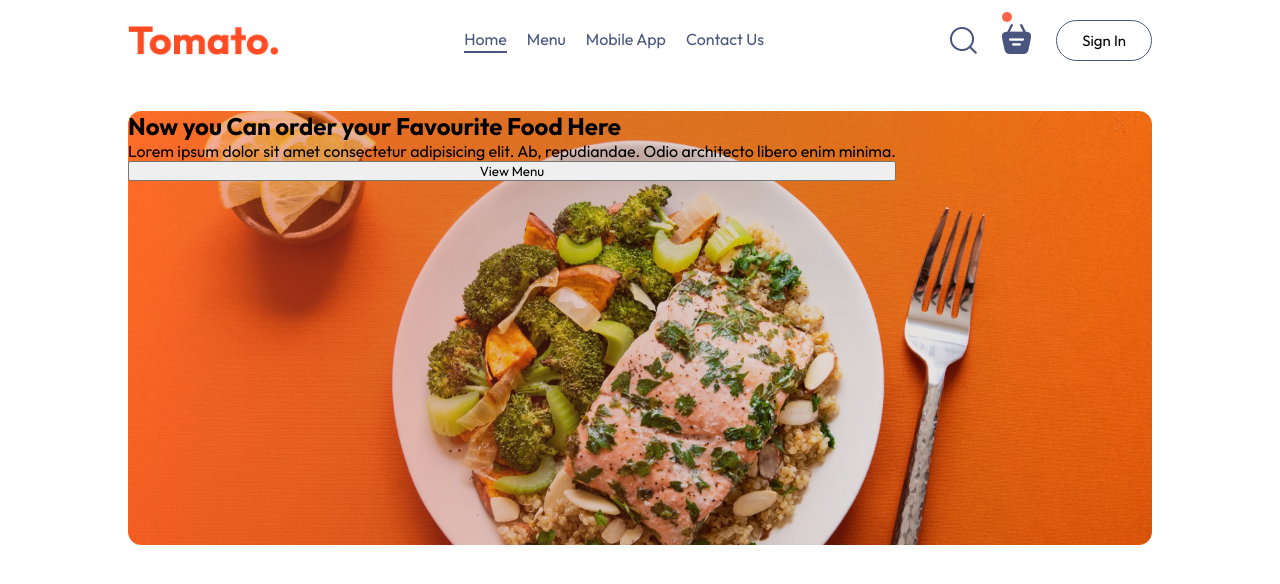
Repository: Attar786/Food-ordering-app
Page: / (app in frontend/)
An editor plug-in stored every save of this project. The page is shown before and after the next save, followed by the edit.
The browser window is 1280 px wide. The pictures show the whole page.
The project was rebuilt for these pictures with package versions that can differ from the ones it lists, and the page was loaded fresh each time. Also part of the build but not shown: frontend/vite.config.js, frontend/src/pages/Cart/Cart.css, frontend/src/pages/Cart/Cart.jsx, frontend/src/pages/PlaceOrder/PlaceOrder.css, frontend/src/pages/PlaceOrder/PlaceOrder.jsx.

Above is the page before, as saved 2024-07-24 20:11:02.

### frontend/src/main.jsx
import ReactDOM from 'react-dom/client'
import App from './App.jsx'
import './index.css'
import {BrowserRouter} from 'react-router-dom'
ReactDOM.createRoot(document.getElementById('root')).render(
<BrowserRouter>
    <App />
    </BrowserRouter>
)

### frontend/src/App.jsx
import './index.css'
import Navbar from "./components/Navbar/Navbar"
import Home from './pages/Home/Home'
import Cart from './pages/Cart/Cart'
import PlaceOrder from './pages/PlaceOrder/PlaceOrder'
import { Route, Routes } from 'react-router-dom'


function App() {

  return (
    <>

  <div className='app'>
  <Navbar/>
<Routes>
<Route path='/' element={<Home/>}/>
<Route path='/cart' element={<Cart/>}/>
<Route path='/order' element={<PlaceOrder/>}/>

</Routes>
  </div>
    </>
  )
}

export default App

### frontend/src/index.css
@import url('https://fonts.googleapis.com/css2?family=Outfit:wght@100..900&display=swap');


*{
margin: 0;
padding: 0;
 box-sizing: border-box;
 font-family: outfit;
}
body{
height: 100vh;
}
a{
text-decoration: none;
color : inherit;
}
.app{
    width: 80%;
    margin: auto;
}

### frontend/src/components/Navbar/Navbar.jsx
import { useState } from 'react';
import './Navbar.css';
import { assets } from '../../assets/assets';

const Navbar = () => {
  const [menu, setMenu] = useState("home");

  const handleMenuClick = (menuItem) => {
    setMenu(menuItem);
  };

  return (
    <div className="Navbar">
      <img src={assets.logo} alt="Logo" className="logo" />
      <ul className="navbar-menu">
        <li onClick={() => handleMenuClick("home")} className={menu === "home" ? "active" : ""}>Home</li>
        <li onClick={() => handleMenuClick("menu")} className={menu === "menu" ? "active" : ""}>Menu</li>
        <li onClick={() => handleMenuClick("mobile-app")} className={menu === "mobile-app" ? "active" : ""}>Mobile App</li>
        <li onClick={() => handleMenuClick("contact-us")} className={menu === "contact-us" ? "active" : ""}>Contact Us</li>
      </ul>
      <div className="navbar-right">
        <img src={assets.search_icon} alt="search-icon" />
        <div>
          <img src={assets.basket_icon} alt="icons" />
          <div className="dot"></div>
        </div>
        <button>Sign In</button>
      </div>
    </div>
  );
}

export default Navbar;

### frontend/src/pages/Home/Home.jsx
import Header from '../../components/Header/Header'
import './Home.css'

const Home = () => {
  return (
<Header/>
)
}

export default Home

### frontend/src/components/Navbar/Navbar.css
.Navbar{
    padding: 20px 0;
    display: flex;
    justify-content: space-between;
    align-items: center;
}
.Navbar .logo{
    width: 150px;
}
.navbar-menu{
    display: flex;
    list-style: none;
    gap: 20px;
    font: 18px;
    color: #49557e;
    cursor: pointer;
}
.navbar-right{
    display: flex;
    align-items: center;
    gap: 25px;

}
.Navbar button{
    font-size: 15px;
    border: 1px solid #49557e;
    background: transparent;
    padding: 10px 25px;
    cursor: pointer;
    border-radius: 40px;
    transition: 0.3s;
}
.Navbar button:hover{
    background-color: #fff4f2;
}
.Navbar .navbar-menu .active{
    padding-bottom: 2px;
    border-bottom: 2px solid #49557e;

}
.search-icon{
    position: relative;
}
/* .search-icon .dot{ */
    /* position: absolute;
    top: -5px;
    right: -5px;
    width: 10px;
    height: 10px;
    background-color: blue;
    border-radius: 50%;
} */
.dot {
    position: absolute;
    top: 12px; /* Adjust as needed */
    right: 268px; /* Adjust as needed */
    width: 10px;
    height: 10px;

    background-color: tomato;
    border-radius: 50%;
  }

### frontend/src/assets/assets.js
import basket_icon from './basket_icon.png'
import logo from './logo.png'
import header_img from './header_img.png'
import search_icon from './search_icon.png'
import menu_1 from './menu_1.png'
import menu_2 from './menu_2.png'
import menu_3 from './menu_3.png'
import menu_4 from './menu_4.png'
import menu_5 from './menu_5.png'
import menu_6 from './menu_6.png'
import menu_7 from './menu_7.png'
import menu_8 from './menu_8.png'

import food_1 from './food_1.png'
import food_2 from './food_2.png'
import food_3 from './food_3.png'
import food_4 from './food_4.png'
import food_5 from './food_5.png'
import food_6 from './food_6.png'
import food_7 from './food_7.png'
import food_8 from './food_8.png'
import food_9 from './food_9.png'
import food_10 from './food_10.png'
import food_11 from './food_11.png'
import food_12 from './food_12.png'
import food_13 from './food_13.png'
import food_14 from './food_14.png'
import food_15 from './food_15.png'
import food_16 from './food_16.png'
import food_17 from './food_17.png'
import food_18 from './food_18.png'
import food_19 from './food_19.png'
import food_20 from './food_20.png'
import food_21 from './food_21.png'
import food_22 from './food_22.png'
import food_23 from './food_23.png'
import food_24 from './food_24.png'
import food_25 from './food_25.png'
import food_26 from './food_26.png'
import food_27 from './food_27.png'
import food_28 from './food_28.png'
import food_29 from './food_29.png'
import food_30 from './food_30.png'
import food_31 from './food_31.png'
import food_32 from './food_32.png'

import add_icon_white from './add_icon_white.png'
import add_icon_green from './add_icon_green.png'
import remove_icon_red from './remove_icon_red.png'
import app_store from './app_store.png'
import play_store from './play_store.png'
import linkedin_icon from './linkedin_icon.png'
import facebook_icon from './facebook_icon.png'
import twitter_icon from './twitter_icon.png'
import cross_icon from './cross_icon.png'
import selector_icon from './selector_icon.png'
import rating_starts from './rating_starts.png'
import profile_icon from './profile_icon.png'
import bag_icon from './bag_icon.png'
import logout_icon from './logout_icon.png'
import parcel_icon from './parcel_icon.png'

export const assets = {
    logo,
    basket_icon,
    header_img,
    search_icon,
    rating_starts,
    add_icon_green,
    add_icon_white,
    remove_icon_red,
    app_store,
    play_store,
    linkedin_icon,
    facebook_icon,
    twitter_icon,
    cross_icon,
    selector_icon,
    profile_icon,
    logout_icon,
    bag_icon,
    parcel_icon
}

export const menu_list = [
    {
        menu_name: "Salad",
        menu_image: menu_1
    },
    {
        menu_name: "Rolls",
        menu_image: menu_2
    },
    {
        menu_name: "Deserts",
        menu_image: menu_3
    },
    {
        menu_name: "Sandwich",
        menu_image: menu_4
    },
    {
        menu_name: "Cake",
        menu_image: menu_5
    },
    {
        menu_name: "Pure Veg",
        menu_image: menu_6
    },
    {
        menu_name: "Pasta",
        menu_image: menu_7
    },
    {
        menu_name: "Noodles",
        menu_image: menu_8
    }]

export const food_list = [
    {
        _id: "1",
        name: "Greek salad",
        image: food_1,
        price: 12,
        description: "Food provides essential nutrients for overall health and well-being",
        category: "Salad"
    },
    {
        _id: "2",
        name: "Veg salad",
        image: food_2,
        price: 18,
        description: "Food provides essential nutrients for overall health and well-being",
        category: "Salad"
    }, {
        _id: "3",
        name: "Clover Salad",
        image: food_3,
        price: 16,
        description: "Food provides essential nutrients for overall health and well-being",
        category: "Salad"
    }, {
        _id: "4",
        name: "Chicken Salad",
        image: food_4,
        price: 24,
        description: "Food provides essential nutrients for overall health and well-being",
        category: "Salad"
    }, {
        _id: "5",
        name: "Lasagna Rolls",
        image: food_5,
        price: 14,
        description: "Food provides essential nutrients for overall health and well-being",
        category: "Rolls"
    }, {
        _id: "6",
        name: "Peri Peri Rolls",
        image: food_6,
        price: 12,
        description: "Food provides essential nutrients for overall health and well-being",
        category: "Rolls"
    }, {
        _id: "7",
        name: "Chicken Rolls",
        image: food_7,
        price: 20,
        description: "Food provides essential nutrients for overall health and well-being",
        category: "Rolls"
    }, {
        _id: "8",
        name: "Veg Rolls",
        image: food_8,
        price: 15,
        description: "Food provides essential nutrients for overall health and well-being",
        category: "Rolls"
    }, {
        _id: "9",
        name: "Ripple Ice Cream",
        image: food_9,
        price: 14,
        description: "Food provides essential nutrients for overall health and well-being",
        category: "Deserts"
    }, {
        _id: "10",
        name: "Fruit Ice Cream",
        image: food_10,
        price: 22,
        description: "Food provides essential nutrients for overall health and well-being",
        category: "Deserts"
    }, {
        _id: "11",
        name: "Jar Ice Cream",
        image: food_11,
        price: 10,
        description: "Food provides essential nutrients for overall health and well-being",
        category: "Deserts"
    }, {
        _id: "12",
        name: "Vanilla Ice Cream",
        image: food_12,
        price: 12,
        description: "Food provides essential nutrients for overall health and well-being",
        category: "Deserts"
    },
    {
        _id: "13",
        name: "Chicken Sandwich",
        image: food_13,
        price: 12,
        description: "Food provides essential nutrients for overall health and well-being",
        category: "Sandwich"
    },
    {
        _id: "14",
        name: "Vegan Sandwich",
        image: food_14,
        price: 18,
        description: "Food provides essential nutrients for overall health and well-being",
        category: "Sandwich"
    }, {
        _id: "15",
        name: "Grilled Sandwich",
        image: food_15,
        price: 16,
        description: "Food provides essential nutrients for overall health and well-being",
        category: "Sandwich"
    }, {
        _id: "16",
        name: "Bread Sandwich",
        image: food_16,
        price: 24,
        description: "Food provides essential nutrients for overall health and well-being",
        category: "Sandwich"
    }, {
        _id: "17",
        name: "Cup Cake",
        image: food_17,
        price: 14,
        description: "Food provides essential nutrients for overall health and well-being",
        category: "Cake"
    }, {
        _id: "18",
        name: "Vegan Cake",
        image: food_18,
        price: 12,
        description: "Food provides essential nutrients for overall health and well-being",
        category: "Cake"
    }, {
        _id: "19",
        name: "Butterscotch Cake",
        image: food_19,
        price: 20,
        description: "Food provides essential nutrients for overall health and well-being",
        category: "Cake"
    }, {
        _id: "20",
        name: "Sliced Cake",
        image: food_20,
        price: 15,
        description: "Food provides essential nutrients for overall health and well-being",
        category: "Cake"
    }, {
        _id: "21",
        name: "Garlic Mushroom ",
        image: food_21,
        price: 14,
        description: "Food provides essential nutrients for overall health and well-being",
        category: "Pure Veg"
    }, {
        _id: "22",
        name: "Fried Cauliflower",
        image: food_22,
        price: 22,
        description: "Food provides essential nutrients for overall health and well-being",
        category: "Pure Veg"
    }, {
        _id: "23",
        name: "Mix Veg Pulao",
        image: food_23,
        price: 10,
        description: "Food provides essential nutrients for overall health and well-being",
        category: "Pure Veg"
    }, {
        _id: "24",
        name: "Rice Zucchini",
        image: food_24,
        price: 12,
        description: "Food provides essential nutrients for overall health and well-being",
        category: "Pure Veg"
    },
    {
        _id: "25",
        name: "Cheese Pasta",
        image: food_25,
        price: 12,
        description: "Food provides essential nutrients for overall health and well-being",
        category: "Pasta"
    },
    {
        _id: "26",
        name: "Tomato Pasta",
        image: food_26,
        price: 18,
        description: "Food provides essential nutrients for overall health and well-being",
        category: "Pasta"
    }, {
        _id: "27",
        name: "Creamy Pasta",
        image: food_27,
        price: 16,
        description: "Food provides essential nutrients for overall health and well-being",
        category: "Pasta"
    }, {
        _id: "28",
        name: "Chicken Pasta",
        image: food_28,
        price: 24,
        description: "Food provides essential nutrients for overall health and well-being",
        category: "Pasta"
    }, {
        _id: "29",
        name: "Buttter Noodles",
        image: food_29,
        price: 14,
        description: "Food provides essential nutrients for overall health and well-being",
        category: "Noodles"
    }, {
        _id: "30",
        name: "Veg Noodles",
        image: food_30,
        price: 12,
        description: "Food provides essential nutrients for overall health and well-being",
        category: "Noodles"
    }, {
        _id: "31",
        name: "Somen Noodles",
        image: food_31,
        price: 20,
        description: "Food provides essential nutrients for overall health and well-being",
        category: "Noodles"
    }, {
        _id: "32",
        name: "Cooked Noodles",
        image: food_32,
        price: 15,
        description: "Food provides essential nutrients for overall health and well-being",
        category: "Noodles"
    }
]

### frontend/src/components/Header/Header.jsx
import "./Header.css";
const Header = () => {
  return (
    <div className="header">
      <div className="header-contents">
        <h2>Now you Can order your Favourite Food Here</h2>
        <p>
          Lorem ipsum dolor sit amet consectetur adipisicing elit. Ab,
          repudiandae. Odio architecto libero enim minima.
        </p>
        <button>View Menu</button>
      </div>
    </div>
  );
};

export default Header;

### frontend/src/components/Header/Header.css
.header{
    height: 35vw;
    margin: 30px auto;
    background: url('/header_img.png') no-repeat;
    background-size: contain;
    position: relative;
}
.header-contents{
position: absolute;
display: flex;
flex-direction: column;
}

Loaded but not shown: frontend/index.html (common file); frontend/src/pages/Home/Home.css (no stored copy; drawn as an empty file)

After the next save:
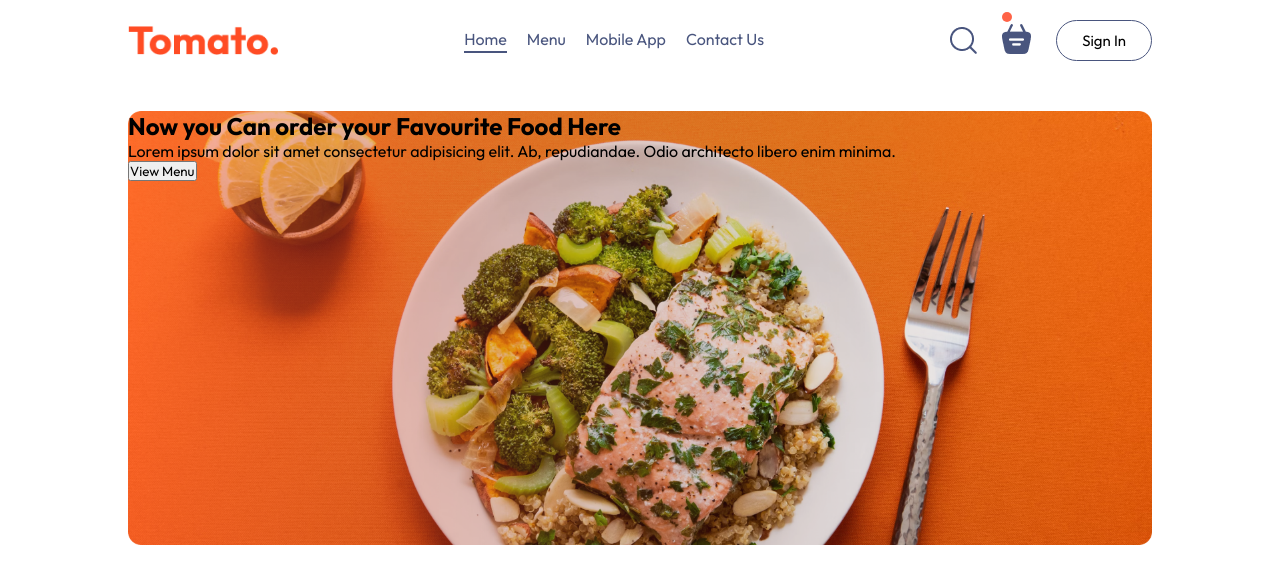
Saved 50 s later.
--- a/frontend/src/components/Header/Header.css
+++ b/frontend/src/components/Header/Header.css
@@ -9,4 +9,5 @@
 position: absolute;
 display: flex;
 flex-direction: column;
+align-items: start;
 }
